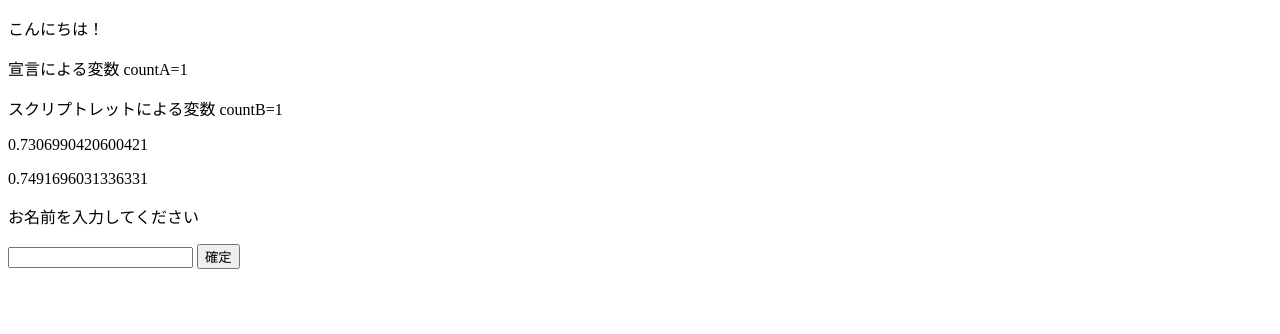
Repository: fujita0830/learning
Page: http://localhost/HelloJSP/
These files come from the project's save history. The page is drawn as it stood at one moment and after the next save; the edit follows.
The browser window is 1280 px wide. The pictures show the whole page.
The page is served by Tomcat 9.

Above is the page before, as saved 2018-12-18 04:49:27.

After the next save:
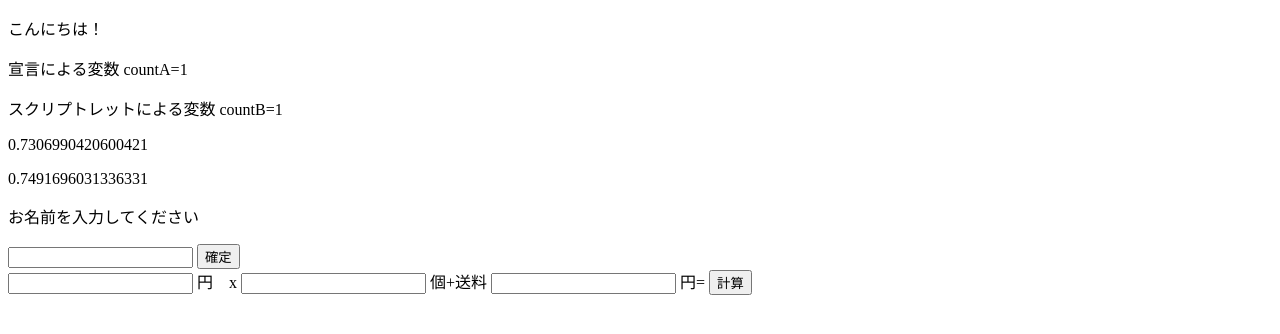
Saved 44 s later.
--- a/HelloJSP/WebContent/index.jsp
+++ b/HelloJSP/WebContent/index.jsp
@@ -32,5 +32,14 @@ countB++;
 
 </form>
 
+<form method="post" action="total-out.jsp">
+<input type="text" name="price">
+円　x
+<input type="text" name="count">
+個+送料
+<input type="text" name="delivery">
+円=
+<input type="submit" value="計算">
+
 </body>
 </html>
